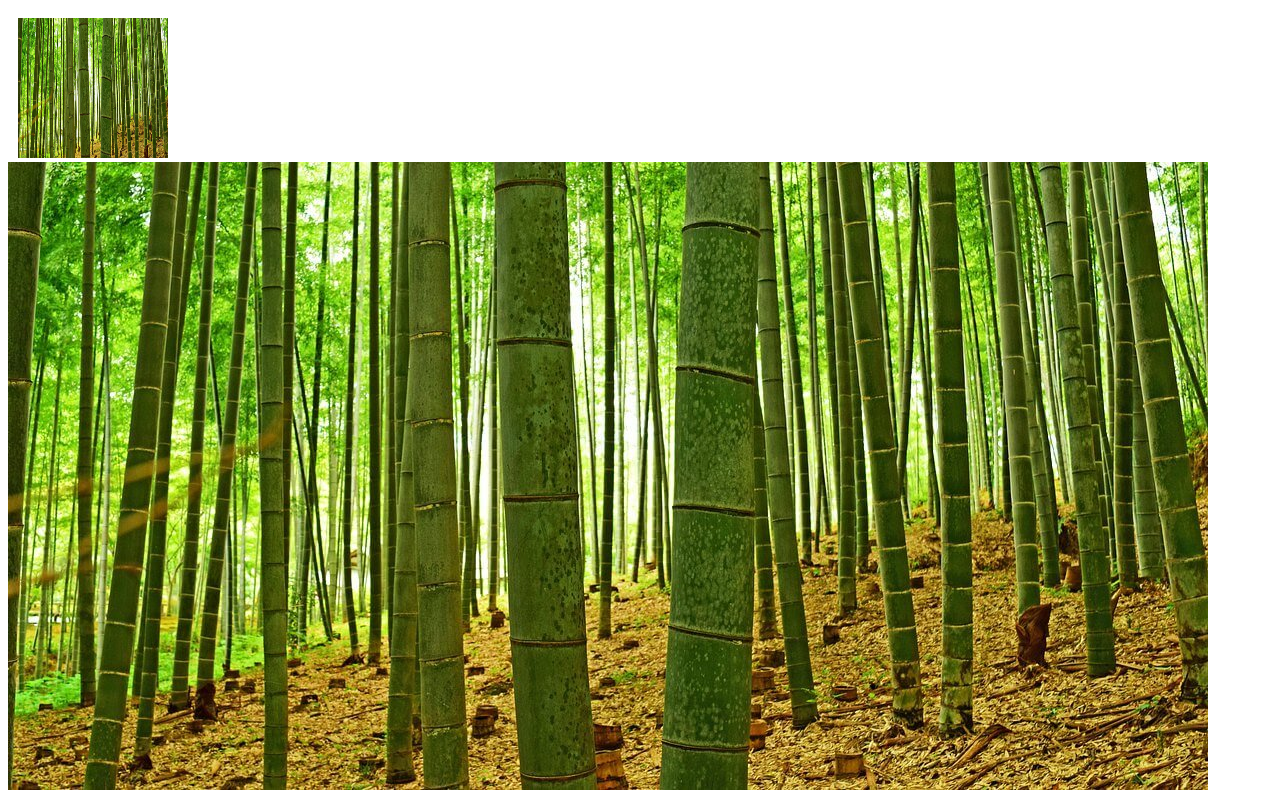
Repository: tanasa-mircea/playground
Page: canvas-filters/index.html
The author's editor kept a copy of each file at every save. The page is drawn from the files as they stood at one save, then again after the next save.
The browser window is 1280 px wide. The pictures show the whole page.

Above is the page before, as saved 2019-02-08 10:53:30.

### canvas-filters/index.html
<!DOCTYPE html>
<html>
<head>
  <meta charset="utf-8">
  <meta http-equiv="X-UA-Compatible" content="IE=edge">
  <title>Page Title</title>
  <meta name="viewport" content="width=device-width, initial-scale=1">
</head>
<body>
  <canvas id="myCanvas"></canvas>
  <img id="scream" src="bamboo.jpg">

  <script src="main.js"></script>
</body>
</html>

### canvas-filters/main.js
var config = {
  canvasWidth: 1200,
  canvasHeight: 600
}

var canvas,
    canvasContext,
    image;

function initCanvas() {
  canvas = document.getElementById("canvas");
  // canvas.height = config.canvasHeight;
  // canvas.width = config.canvasWidth;

  canvasContext = canvas.getContext("2d");
  image = document.getElementById("image");
  debugger
  canvasContext.drawImage(image, config.canvasWidth, config.canvasHeight, 0, 0);
}

// window.onload = function() {
//   initCanvas();
// }

window.onload = function() {
  var c = document.getElementById("myCanvas");
  var ctx = c.getContext("2d");
  var img = document.getElementById("scream");
  ctx.drawImage(img, 10, 10, 150, 180);
}

After the next save:
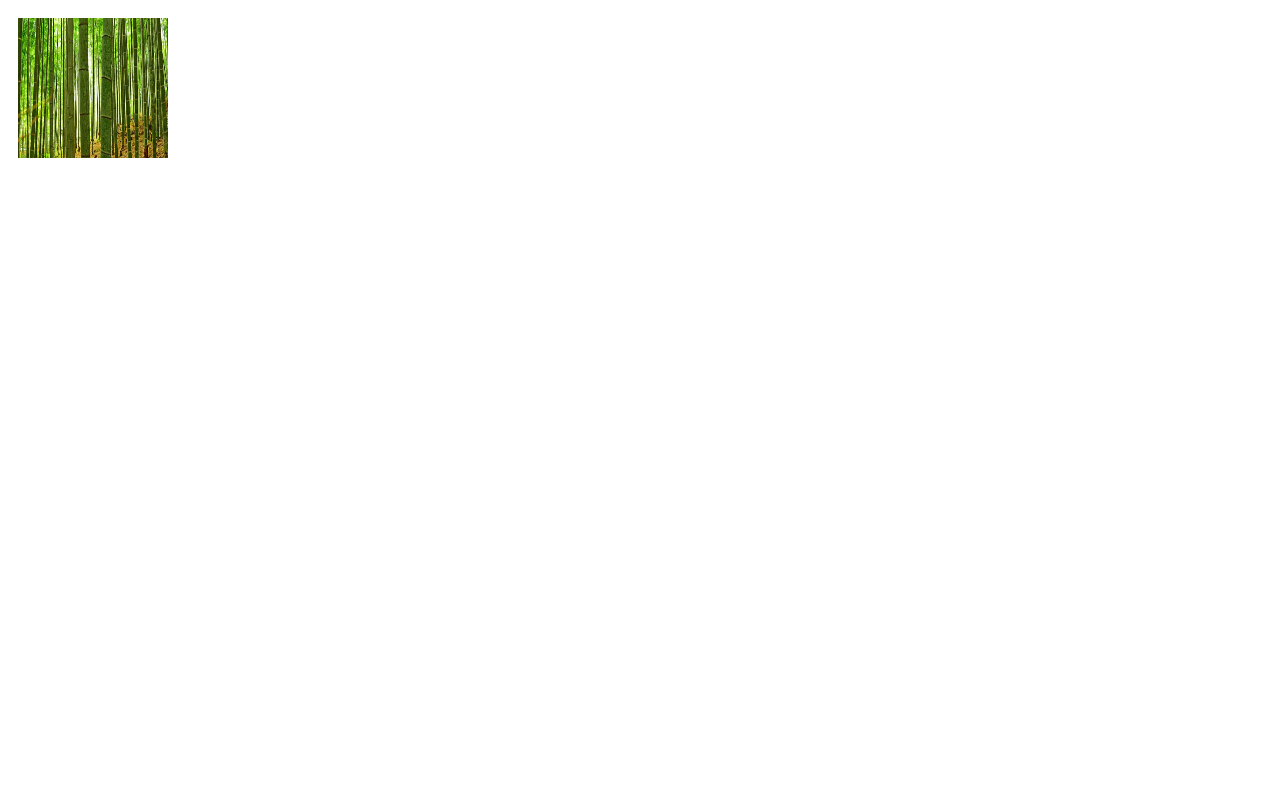
Saved 17 s later.
--- a/canvas-filters/index.html
+++ b/canvas-filters/index.html
@@ -8,7 +8,7 @@
 </head>
 <body>
   <canvas id="myCanvas"></canvas>
-  <img id="scream" src="bamboo.jpg">
+  <img id="scream" src="bamboo.jpg" style="visibility: hidden;">
 
   <script src="main.js"></script>
 </body>
